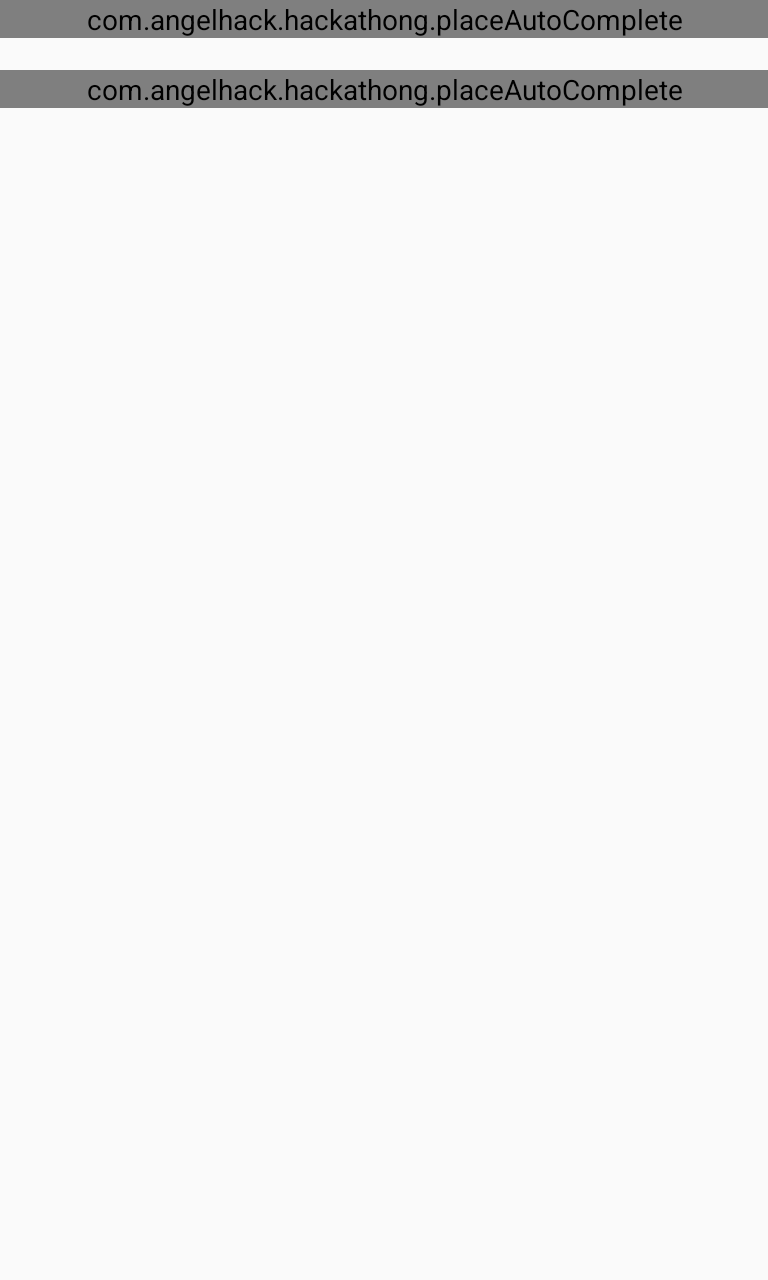
Repository: rutuj/angelhack-mumbai
Layout: Hackathong/res/layout/activity_main.xml
These files come from the project's save history. The layout is drawn as it stood at one moment and after the next save; the edit follows.
Pictures or frames that could not be fetched are drawn as grey boxes. It is drawn on a 768 x 1280 px phone screen (xhdpi) without system bars, with theme AppTheme; the app's code is not run.

Above is the layout before, as saved 2014-05-31 17:19:43.

### Hackathong/res/layout/activity_main.xml
<RelativeLayout xmlns:android="http://schemas.android.com/apk/res/android"
    xmlns:tools="http://schemas.android.com/tools"
    android:layout_width="match_parent"
    android:layout_height="match_parent"
    tools:context="${packageName}.${activityClass}" >

    <com.angelhack.hackathong.placeAutoComplete
        android:id="@+id/atv_origin"
        android:layout_width="fill_parent"
        android:layout_height="wrap_content"
        android:layout_alignParentTop="true"
        android:hint="@string/origin" />

    <com.angelhack.hackathong.placeAutoComplete
        android:id="@+id/atv_destination"
        android:layout_width="fill_parent"
        android:layout_height="wrap_content"
        android:layout_alignParentLeft="true"
        android:layout_alignParentTop="true"
        android:layout_marginTop="35dp"
        android:ems="10"
        android:hint="@string/destination" />

</RelativeLayout>

### Hackathong/res/values/strings.xml
<?xml version="1.0" encoding="utf-8"?>
<resources>

    <string name="app_name">Hackathong</string>
    <string name="hello_world">Hello world!</string>
	<string name="str_atv_places">Enter Place Here</string>
</resources>

Loaded but not shown: Hackathong/res/values/styles.xml (common file); Hackathong/res/values-v11/styles.xml (common file); Hackathong/res/values-v14/styles.xml (common file)

After the next save:
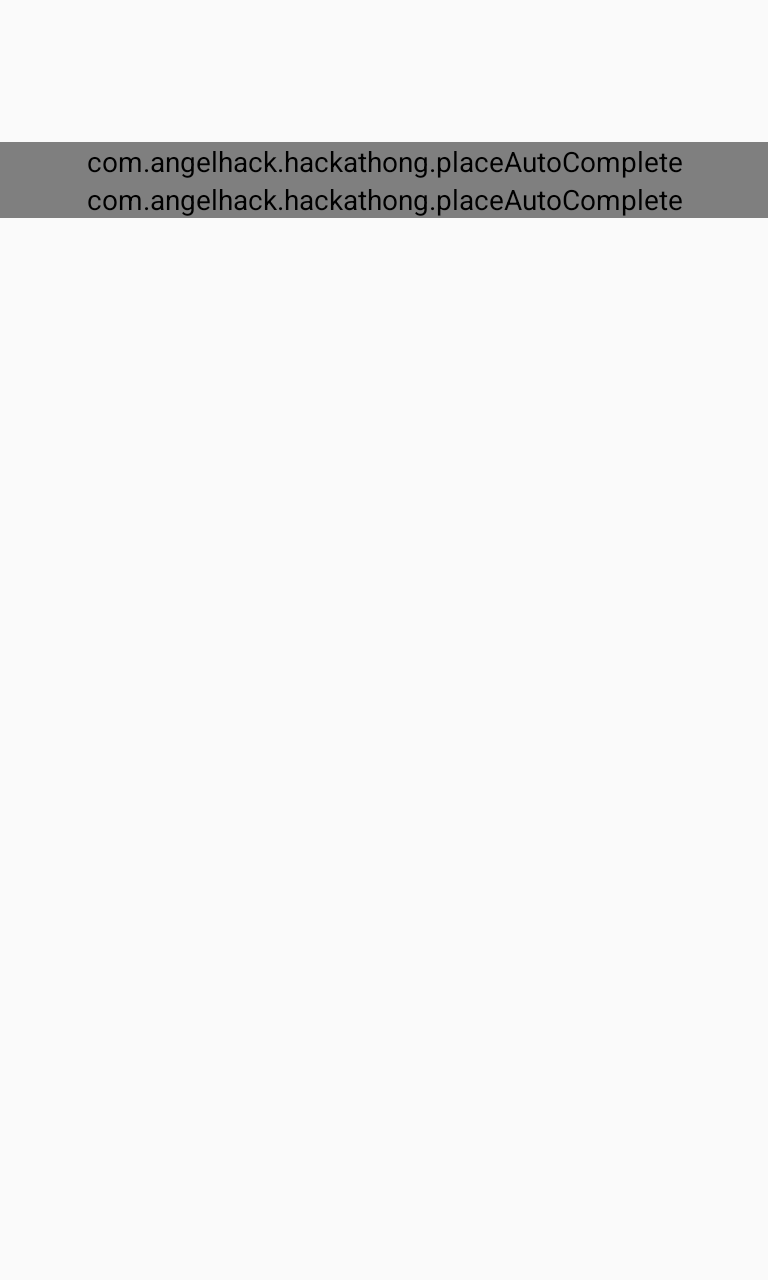
Saved 75 s later.
--- a/Hackathong/res/layout/activity_main.xml
+++ b/Hackathong/res/layout/activity_main.xml
@@ -5,20 +5,25 @@
     tools:context="${packageName}.${activityClass}" >
 
     <com.angelhack.hackathong.placeAutoComplete
-        android:id="@+id/atv_origin"
-        android:layout_width="fill_parent"
-        android:layout_height="wrap_content"
-        android:layout_alignParentTop="true"
-        android:hint="@string/origin" />
-
-    <com.angelhack.hackathong.placeAutoComplete
         android:id="@+id/atv_destination"
         android:layout_width="fill_parent"
         android:layout_height="wrap_content"
         android:layout_alignParentLeft="true"
+        android:layout_below="@+id/atv_origin"
+        android:ems="10"
+        android:hint="@string/destination" >
+
+        <requestFocus />
+    </com.angelhack.hackathong.placeAutoComplete>
+
+    <com.angelhack.hackathong.placeAutoComplete
+        android:id="@+id/atv_origin"
+        android:layout_width="fill_parent"
+        android:layout_height="wrap_content"
+        android:layout_alignParentLeft="true"
         android:layout_alignParentTop="true"
-        android:layout_marginTop="35dp"
+        android:layout_marginTop="71dp"
         android:ems="10"
-        android:hint="@string/destination" />
+        android:hint="@string/origin" />
 
 </RelativeLayout>
--- a/Hackathong/res/values/strings.xml
+++ b/Hackathong/res/values/strings.xml
@@ -4,4 +4,6 @@
     <string name="app_name">Hackathong</string>
     <string name="hello_world">Hello world!</string>
 	<string name="str_atv_places">Enter Place Here</string>
+	<string name="origin">From</string>
+	<string name="destination">To</string>
 </resources>
